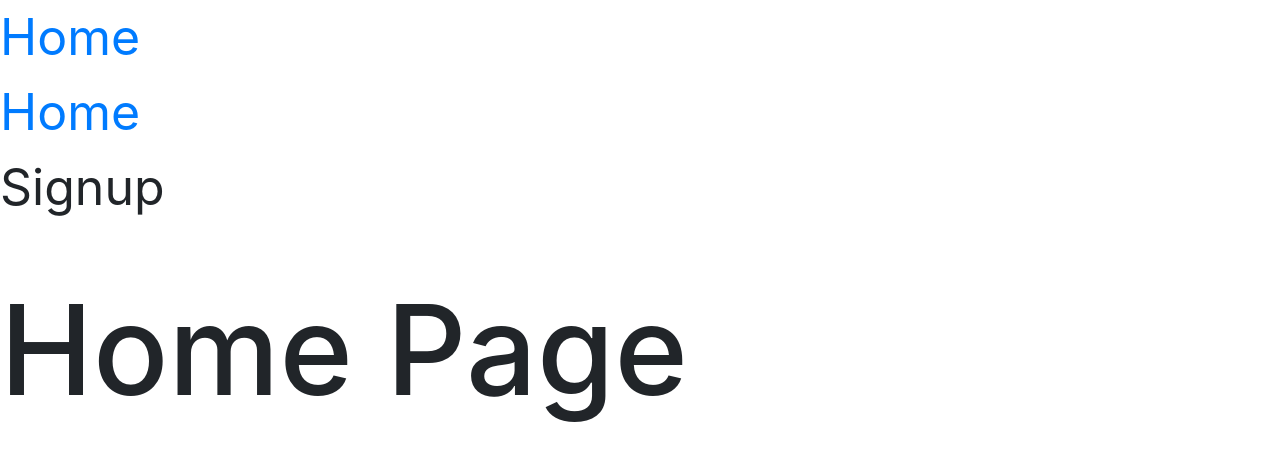
Repository: SCScbc-Projects2022/project-three
Page: / (app in client/)
These files come from the project's save history. The page is drawn as it stood at one moment and after the next save; the edit follows.
The browser window is 1280 px wide. The pictures show the whole page.
The project was rebuilt for these pictures with package versions that can differ from the ones it lists, and the page was loaded fresh each time. Also part of the build but not shown: client/src/utils/mutations.js, client/src/components/LoginForm.js, client/src/components/SignupForm.js.

Above is the page before, as saved 2022-07-18 10:20:12.

### client/public/index.html
<!DOCTYPE html>
<html lang="en">
  <head>
    <meta charset="utf-8" />
    <link rel="icon" href="%PUBLIC_URL%/favicon.ico" />
    <meta name="viewport" content="width=device-width, initial-scale=1" />
    <meta name="theme-color" content="#000000" />
    <meta
      name="description"
      content="Google Books search application with login"
    />
    <link rel="apple-touch-icon" href="%PUBLIC_URL%/logo192.png" />
    <link rel="manifest" href="%PUBLIC_URL%/manifest.json" />
    <link
      href="https://fonts.googleapis.com/css2?family=Rubik+Mono+One&family=Rubik:ital,wght@0,400;1,300&display=swap"
      rel="stylesheet"
    />
    <title>Project 3</title>
  </head>

  <body>
    <noscript>You need to enable JavaScript to run this app.</noscript>
    <div id="root"></div>
  </body>
</html>

### client/src/index.js
import React from 'react';
import ReactDOM from 'react-dom/client';
import 'bootstrap/dist/css/bootstrap.min.css';
import './index.css';
import App from './App';

const root = ReactDOM.createRoot(document.getElementById('root'));
root.render(
  <>
    <App />
  </>
);

### client/src/index.css
* {
  padding: 0;
  margin: 0;
  box-sizing: border-box;
  font-size: 50px;
}

### client/src/App.js
import React, { useState } from 'react';

import Navbar from './components/Navbar';

import Home from './pages/Home';

import LoginForm from './components/LoginForm';
import SignupForm from './components/SignupForm';

import { setContext } from '@apollo/client/link/context';

import {
  ApolloProvider,
  ApolloClient,
  InMemoryCache,
  createHttpLink,
} from '@apollo/client';

const httpLink = createHttpLink({
  uri: '/graphql',
});

const authLink = setContext((_, { headers }) => {
  const token = localStorage.getItem('id_token');
  return {
    headers: {
      ...headers,
      authorization: token ? `Bearer ${token}` : '',
    },
  };
});

const client = new ApolloClient({
  link: authLink.concat(httpLink),
  cache: new InMemoryCache(),
});

function App() {
  const [activePage, setActivePage] = useState({
    home: true,
    login: false,
    signup: false,
  });

  return (
    <ApolloProvider client={client}>
      <main>
        <nav>
          <Navbar activePage={activePage} setActivePage={setActivePage} />
        </nav>
        <section id="main-wrapper">
          {activePage.home ? (
            <Home />
          ) : activePage.login ? (
            <LoginForm />
          ) : (
            <SignupForm />
          )}
        </section>
      </main>
    </ApolloProvider>
  );
}

export default App;

### client/src/components/Navbar.js
import React, { useState } from 'react';

import Auth from '../utils/auth';

const Navbar = ({ setActivePage, activePage }) => {
  const handlePage = (e) => {
    if (
      e.target.innerText == 'About me' ||
      e.target.innerText == 'Carlos Sabbah'
    ) {
      document.title = `Main - ${e.target.innerText}`;
      setActivePage({ about: true });
    } else if (e.target.innerText == 'Portfolio') {
      document.title = e.target.innerText;
      setActivePage({ portfolio: true });
    } else if (e.target.innerText == 'Contact') {
      document.title = e.target.innerText;
      setActivePage({ contact: true });
    } else if (e.target.innerText == 'Resume') {
      document.title = e.target.innerText;
      setActivePage({ resume: true });
    }
    setActiveNav(false);
  };

  const [activeNav, setActiveNav] = useState(false);

  return (
    <>
      <ul>
        <li>
          <a
            className={`navItem ${activePage.portfolio ? 'active' : ''}`}
            href="#Portfolio"
            onClick={(e) => handlePage(e)}
          >
            Home
          </a>
        </li>
        {/* Add conditionally rendering for Login and Signup (i.e. Show signup when not logged in) */}
        <li>
          <a
            className={`navItem ${activePage.portfolio ? 'active' : ''}`}
            href="#Portfolio"
            onClick={(e) => handlePage(e)}
          >
            Home
          </a>
        </li>
        <li>Signup</li>
      </ul>
    </>
  );
};

export default Navbar;

### client/src/pages/Home.js
import React from 'react';

const home = () => {
  return (
    <>
      <h1>Home Page</h1>
    </>
  );
};

export default home;

### client/src/utils/auth.js
import decode from 'jwt-decode';

class AuthService {
  // retrieve data saved in token
  getProfile() {
    return decode(this.getToken());
  }

  loggedIn() {
    // check if the user is still logged in
    const token = this.getToken(); // Checks if there is a saved token and it's still valid
    // use type coersion to check if token is NOT undefined and the token is NOT expired
    return !!token && !this.isTokenExpired(token);
  }

  // check if the token has expired
  isTokenExpired(token) {
    try {
      const decoded = decode(token);
      if (decoded.exp < Date.now() / 1000) {
        return true;
      } else {
        return false;
      }
    } catch (err) {
      return false;
    }
  }

  // retrieve token from localStorage
  getToken() {
    // Retrieves the user token from localStorage
    return localStorage.getItem('id_token');
  }

  // set token to localStorage and reload page to homepage
  login(idToken) {
    // Saves user token to localStorage
    localStorage.setItem('id_token', idToken);

    window.location.assign('/');
  }

  // clear token from localStorage and force logout with reload
  logout() {
    // Clear user token and profile data from localStorage
    localStorage.removeItem('id_token');
    localStorage.removeItem('saved_books');

    // this will reload the page and reset the state of the application
    window.location.assign('/');
  }
}
export default new AuthService();

After the next save:
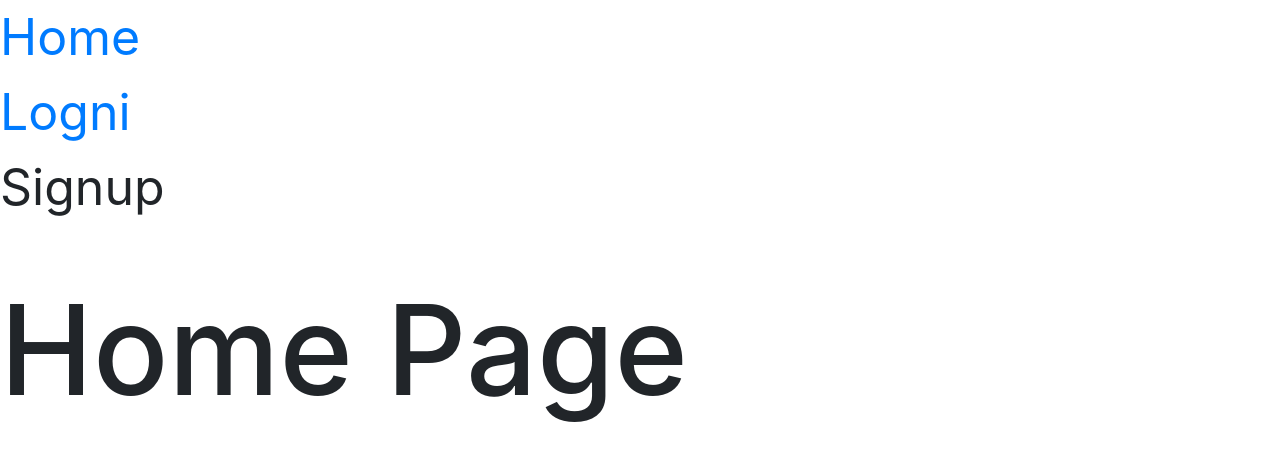
Saved 4 s later.
--- a/client/src/components/Navbar.js
+++ b/client/src/components/Navbar.js
@@ -44,7 +44,7 @@ const Navbar = ({ setActivePage, activePage }) => {
             href="#Portfolio"
             onClick={(e) => handlePage(e)}
           >
-            Home
+            Logni
           </a>
         </li>
         <li>Signup</li>
